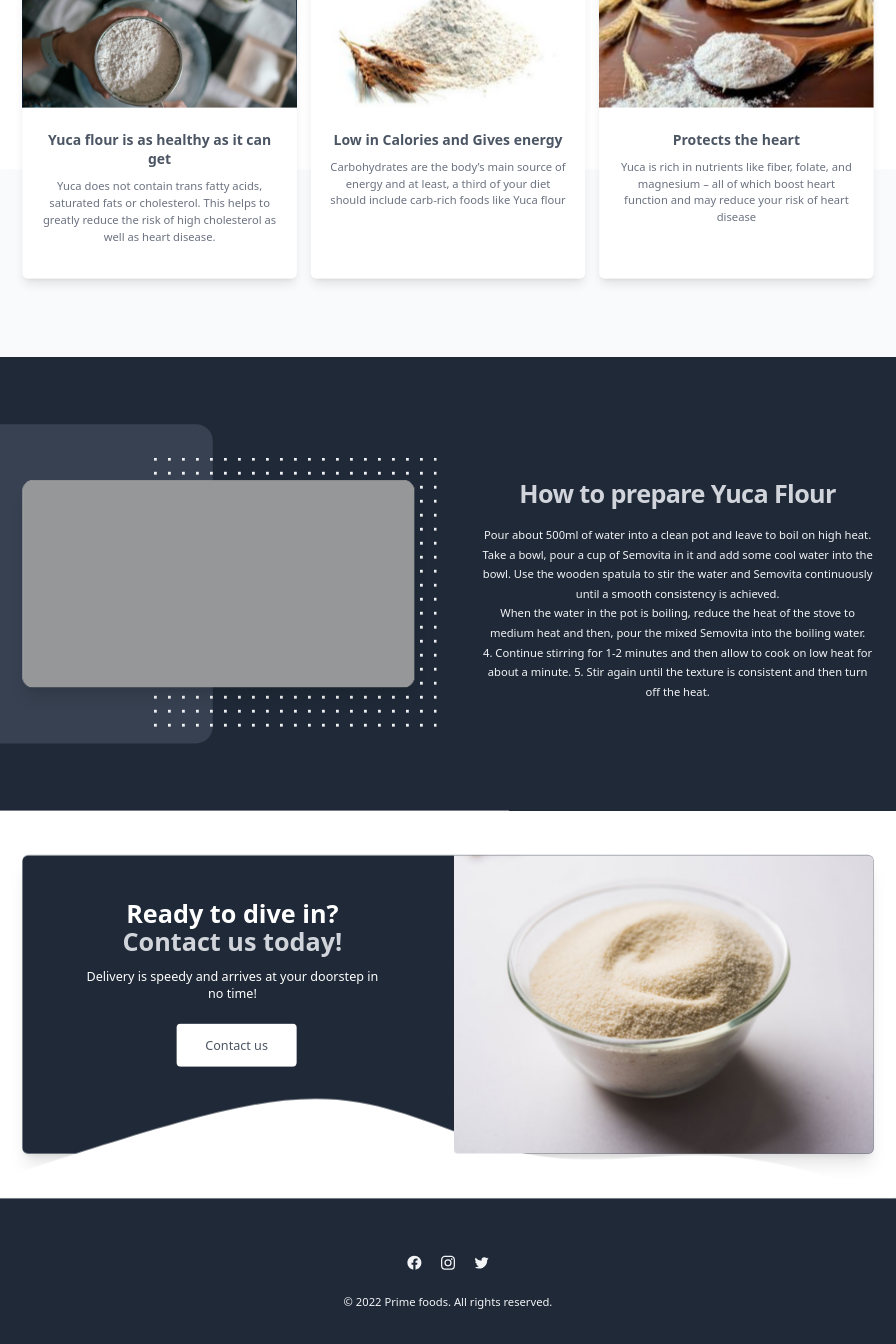
Repository: bellatrick/prime-foods
Page: /
The author's editor kept a copy of each file at every save. The page is drawn from the files as they stood at one save, then again after a run of saves.
The browser window is 1280 px wide. The pictures show the part of the page from y = 1040 to 2960 px (the page is 2960 px tall), at 70% of full size.
Pictures or frames that could not be fetched are drawn as grey boxes. Some web fonts or font styles are not loaded; a fallback is used. The project was rebuilt for these pictures with package versions that can differ from the ones it lists, and the page was loaded fresh each time.

Above is the page before, as saved 2022-05-01 12:46:45.

### public/index.html
<!DOCTYPE html>
<html lang="en">
  <head>
    <meta charset="utf-8" />
    <link rel="icon" href="%PUBLIC_URL%/favicon.ico" />
    <meta name="viewport" content="width=device-width, initial-scale=1" />
    <meta name="theme-color" content="#000000" />
    <meta
      name="description"
      content="Web site created using create-react-app"
    />
    <link rel="apple-touch-icon" href="%PUBLIC_URL%/logo192.png" />
    <link rel="preconnect" href="https://fonts.googleapis.com" />
    <link rel="preconnect" href="https://fonts.gstatic.com" crossorigin />
    <link
      href="https://fonts.googleapis.com/css2?family=Dancing+Script:wght@400;500;600;700&family=Inter:wght@100;200;300;400;500;700;900&family=Kavoon&display=swap"
      rel="stylesheet"
    />
    <!--
      manifest.json provides metadata used when your web app is installed on a
      user's mobile device or desktop. See https://developers.google.com/web/fundamentals/web-app-manifest/
    -->
    <link rel="manifest" href="%PUBLIC_URL%/manifest.json" />
    <!--
      Notice the use of %PUBLIC_URL% in the tags above.
      It will be replaced with the URL of the `public` folder during the build.
      Only files inside the `public` folder can be referenced from the HTML.

      Unlike "/favicon.ico" or "favicon.ico", "%PUBLIC_URL%/favicon.ico" will
      work correctly both with client-side routing and a non-root public URL.
      Learn how to configure a non-root public URL by running `npm run build`.
    -->
    <title>React App</title>
  </head>
  <body>
    <noscript>You need to enable JavaScript to run this app.</noscript>
    <div id="root"></div>
    <!--
      This HTML file is a template.
      If you open it directly in the browser, you will see an empty page.

      You can add webfonts, meta tags, or analytics to this file.
      The build step will place the bundled scripts into the <body> tag.

      To begin the development, run `npm start` or `yarn start`.
      To create a production bundle, use `npm run build` or `yarn build`.
    -->
  </body>
</html>

### src/App.js
import Hero from './components/Hero'
import Features from './components/Features'
import Cta from './components/Cta'
import Footer from './components/Footer'
import Content from './components/Content'
import './App.css';

function App() {
  return (
    <div className="App">
     <Hero/>
     <Features/>
     <Content/>
     <Cta/>
     <Footer/>

    </div>
  );
}

export default App;

### src/components/Hero.jsx
import { Popover } from "@headlessui/react";
import img1 from "../assets/img7.jpg";
import logo from "../assets/prime.jpg";
import Fade from "react-reveal/Fade";

export default function Example() {
  return (
    <div className="relative bg-gray-800">
      <Popover className="relative bg-white shadow">
        <div className="max-w-7xl mx-auto px-4 sm:px-6">
          <div className="flex justify-between items-center py-6  md:space-x-10">
            <div className="flex justify-start lg:w-0 lg:flex-1">
              <img
                src={logo}
                alt=""
                className="h-12 w-auto sm:h-12 object-fill"
              />
            </div>
            <div className="flex gap-8 text-white font-bold cursor-pointer  ">
              <a
                className="hover:bg-gray-400 hover:text-white w-32 py-2 text-white bg-gray-800 rounded-md"
                href="#About"
              >
                About{" "}
              </a>
              <a
                className="hover:bg-gray-400 hover:text-white w-32 py-2 text-white bg-gray-800 rounded-md"
                href="#contact-us"
              >
                Contact us
              </a>
            </div>
          </div>
        </div>
      </Popover>

      <main className="lg:relative">
        <div className="mx-auto max-w-7xl w-full pt-16 pb-20 text-center lg:py-48 lg:text-left">
          <div className="px-4 lg:w-1/2 sm:px-8 xl:pr-16">
            <Fade left opposite>
              <h1 className="text-4xl tracking-tight font-extrabold text-white sm:text-5xl md:text-6xl lg:text-5xl xl:text-6xl">
                <span className="block xl:inline">Yuca Flour</span>{" "}
              </h1>
            </Fade>
            <Fade right opposite>
              <p className="mt-3 max-w-md mx-auto text-lg text-gray-100 sm:text-xl md:mt-5 md:max-w-3xl">
                Yuca flour is a product of cassava. It is nutrient dense and
                provides all the nourishment your body needs to be fortified.
              </p>
            </Fade>

            <div className="mt-10 flex justify-center lg:justify-start">
              <div className="mt-3 sm:mt-0 sm:ml-3">
                <a
                  href="#About"
                  className="w-72 z-10 flex items-center justify-center px-8 py-2 border border-transparent text-base font-medium rounded-md hover:bg-gray-900 text-white bg-gray-400  cursor-pointer md:py-4 md:text-lg md:px-10"
                >
                  Learn more
                </a>
              </div>
            </div>
          </div>
        </div>

        <Fade bottom opposite>
          <div className="relative w-full h-64 sm:h-72 md:h-96 lg:absolute lg:inset-y-0 lg:right-0 lg:w-1/2 lg:h-full">
            <img
              className="absolute inset-0 w-full h-full object-cover"
              src={img1}
              alt=""
            />
          </div>
        </Fade>
      </main>

      <div className="absolute bottom-0 left-0 right-0 w-full">
        <svg
          xmlns="http://www.w3.org/2000/svg"
          viewBox="0 0 1440 320"
          className="h-48  z-0"
        >
          <path
            fill="#fff"
            fill-opacity="1"
            d="M0,288L48,272C96,256,192,224,288,197.3C384,171,480,149,576,165.3C672,181,768,235,864,250.7C960,267,1056,245,1152,250.7C1248,256,1344,288,1392,304L1440,320L1440,320L1392,320C1344,320,1248,320,1152,320C1056,320,960,320,864,320C768,320,672,320,576,320C480,320,384,320,288,320C192,320,96,320,48,320L0,320Z"
          ></path>
        </svg>
      </div>
    </div>
  );
}

### src/components/Features.jsx
import img1 from "../assets/img2.jpg";
import img2 from "../assets/img3.png";
import img3 from "../assets/img4.jfif";
import Fade from "react-reveal/Fade";
const posts = [
  {
    title: "Yuca flour is as healthy as it can get",
    description:
      "Yuca does not contain trans fatty acids, saturated fats or cholesterol. This helps to greatly reduce the risk of high cholesterol as well as heart disease.",
    imageUrl: img2,
  },
  {
    title: " Low in Calories and Gives energy",
    description:
      "Carbohydrates are the body’s main source of energy and at least, a third of your diet should include carb-rich foods like Yuca flour",
    imageUrl: img1,

  },
  {
    title: "Protects the heart",
    description:
      "Yuca is rich in nutrients like fiber, folate, and magnesium – all of which boost heart function and may reduce your risk of heart disease",
    imageUrl: img3,
  },
];

export default function Example() {
  return (
    <div className="relative bg-gray-50 pt-16 pb-20 px-4 sm:px-6 lg:pt-24 lg:pb-28 lg:px-8" id='About'>
      <div className="absolute inset-0">
        <div className="bg-white h-1/3 sm:h-2/3" />
      </div>
      <div className="relative max-w-7xl mx-auto">
        <div className="text-center">
          <h2 className="text-3xl tracking-tight font-extrabold text-gray-600 sm:text-4xl">
            About Yuca Flour
          </h2>
          <p className="mt-3 max-w-2xl mx-auto text-xl text-gray-500 sm:mt-4">
            Lorem ipsum dolor sit amet consectetur, adipisicing elit. Ipsa
            libero labore natus atque, ducimus sed.
          </p>
        </div>
        <>
          <div className="mt-12 max-w-lg mx-auto grid gap-5 lg:grid-cols-3 lg:max-w-none">
            {posts.map((post) => (
              <Fade cascade opposite left>
                <div
                  key={post.title}
                  className="flex flex-col rounded-lg shadow-lg overflow-hidden"
                >
                  <div className="flex-shrink-0">
                    <img
                      className="h-48 w-full object-cover"
                      src={post.imageUrl}
                      alt="feature img"
                    />
                  </div>
                  <div className="flex-1 bg-white p-6 flex flex-col justify-between">
                    <div className="flex-1">
                      <a href={post.href} className="block mt-2">
                        <p className="text-xl font-semibold text-gray-600">
                          {post.title}
                        </p>
                        <p className="mt-3 text-base text-gray-500">
                          {post.description}
                        </p>
                      </a>
                    </div>
                    <div className="mt-6 flex items-center"></div>
                  </div>
                </div>
              </Fade>
            ))}
          </div>
        </>
      </div>
    </div>
  );
}

### src/components/Cta.jsx
import img1 from "../assets/img9.jpg";
import Slide from "react-reveal/Slide";
import Fade from "react-reveal/Fade";
export default function Example() {
  return (
    <div className="bg-white relative" id="contact-us">
         <div className="absolute bottom-0 left-0 right-0">
        <svg xmlns="http://www.w3.org/2000/svg" viewBox="0 0 1440 320">
          <path
            fill="#fff"
            fill-opacity="1"
            d="M0,288L48,272C96,256,192,224,288,197.3C384,171,480,149,576,165.3C672,181,768,235,864,250.7C960,267,1056,245,1152,250.7C1248,256,1344,288,1392,304L1440,320L1440,320L1392,320C1344,320,1248,320,1152,320C1056,320,960,320,864,320C768,320,672,320,576,320C480,320,384,320,288,320C192,320,96,320,48,320L0,320Z"
          ></path>
        </svg>
      </div>
      <div className="max-w-7xl mx-auto py-16 px-4 sm:px-6 lg:px-8">
        <div className="bg-gray-800 rounded-lg shadow-xl overflow-hidden lg:grid lg:grid-cols-2 lg:gap-4">
          <div className="pt-6 pb-12 px-6 sm:pt-10 sm:px-16 lg:py-16 lg:pr-0 xl:py-16 xl:px-20">
            <div className="lg:self-center">
              <h2 className="text-2xl font-extrabold text-white sm:text-4xl">
                <Fade left>
                  <span className="block">Ready to dive in?</span>
                </Fade>
                <Fade right>
                  {" "}
                  <span className="block text-gray-300">Contact us today!</span>
                </Fade>
              </h2>
              <Slide left>
                {" "}
                <p className="mt-4 text-lg leading-6 text-white">
                  Delivery is speedy and arrives at your doorstep in no time!
                </p>
              </Slide>
              <Slide left>
                <div className="mt-4 flex justify-center sm:mt-8 sm:ml-3 cursor-pointer">
                  <a
                    href={`https://wa.me/${'+2348108932677'}/?text=${'Hello, i just got off your website and i would like to...'}`}
                    rel="noreferrer"
                    className=" flex items-center justify-center px-8 py-3 border border-transparent text-base font-medium rounded-md bg-white text-gray-600 hover:bg-gray-400 hover:text-white cursor-pointer md:py-4 md:text-lg md:px-10"
                  >
                    Contact us
                  </a>
                </div>
              </Slide>
            </div>
          </div>{" "}
          <div className="-mt-6 aspect-w-5 aspect-h-3 md:aspect-w-2 md:aspect-h-1">
            <Slide right>
              <img
                className="transform translate-x-6 translate-y-6 rounded-md object-cover object-left-top sm:translate-x-16 lg:translate-y-20"
                src={img1}
                alt="App screenshot"
              />
            </Slide>
          </div>
        </div>
      </div>

    </div>
  );
}

### src/components/Footer.jsx
/* This example requires Tailwind CSS v2.0+ */
const navigation = {
    social: [
      {
        name: 'Facebook',
        href: '#',
        icon: (props) => (
          <svg fill="currentColor" viewBox="0 0 24 24" {...props}>
            <path
              fillRule="evenodd"
              d="M22 12c0-5.523-4.477-10-10-10S2 6.477 2 12c0 4.991 3.657 9.128 8.438 9.878v-6.987h-2.54V12h2.54V9.797c0-2.506 1.492-3.89 3.777-3.89 1.094 0 2.238.195 2.238.195v2.46h-1.26c-1.243 0-1.63.771-1.63 1.562V12h2.773l-.443 2.89h-2.33v6.988C18.343 21.128 22 16.991 22 12z"
              clipRule="evenodd"
            />
          </svg>
        ),
      },
      {
        name: 'Instagram',
        href: '#',
        icon: (props) => (
          <svg fill="currentColor" viewBox="0 0 24 24" {...props}>
            <path
              fillRule="evenodd"
              d="M12.315 2c2.43 0 2.784.013 3.808.06 1.064.049 1.791.218 2.427.465a4.902 4.902 0 011.772 1.153 4.902 4.902 0 011.153 1.772c.247.636.416 1.363.465 2.427.048 1.067.06 1.407.06 4.123v.08c0 2.643-.012 2.987-.06 4.043-.049 1.064-.218 1.791-.465 2.427a4.902 4.902 0 01-1.153 1.772 4.902 4.902 0 01-1.772 1.153c-.636.247-1.363.416-2.427.465-1.067.048-1.407.06-4.123.06h-.08c-2.643 0-2.987-.012-4.043-.06-1.064-.049-1.791-.218-2.427-.465a4.902 4.902 0 01-1.772-1.153 4.902 4.902 0 01-1.153-1.772c-.247-.636-.416-1.363-.465-2.427-.047-1.024-.06-1.379-.06-3.808v-.63c0-2.43.013-2.784.06-3.808.049-1.064.218-1.791.465-2.427a4.902 4.902 0 011.153-1.772A4.902 4.902 0 015.45 2.525c.636-.247 1.363-.416 2.427-.465C8.901 2.013 9.256 2 11.685 2h.63zm-.081 1.802h-.468c-2.456 0-2.784.011-3.807.058-.975.045-1.504.207-1.857.344-.467.182-.8.398-1.15.748-.35.35-.566.683-.748 1.15-.137.353-.3.882-.344 1.857-.047 1.023-.058 1.351-.058 3.807v.468c0 2.456.011 2.784.058 3.807.045.975.207 1.504.344 1.857.182.466.399.8.748 1.15.35.35.683.566 1.15.748.353.137.882.3 1.857.344 1.054.048 1.37.058 4.041.058h.08c2.597 0 2.917-.01 3.96-.058.976-.045 1.505-.207 1.858-.344.466-.182.8-.398 1.15-.748.35-.35.566-.683.748-1.15.137-.353.3-.882.344-1.857.048-1.055.058-1.37.058-4.041v-.08c0-2.597-.01-2.917-.058-3.96-.045-.976-.207-1.505-.344-1.858a3.097 3.097 0 00-.748-1.15 3.098 3.098 0 00-1.15-.748c-.353-.137-.882-.3-1.857-.344-1.023-.047-1.351-.058-3.807-.058zM12 6.865a5.135 5.135 0 110 10.27 5.135 5.135 0 010-10.27zm0 1.802a3.333 3.333 0 100 6.666 3.333 3.333 0 000-6.666zm5.338-3.205a1.2 1.2 0 110 2.4 1.2 1.2 0 010-2.4z"
              clipRule="evenodd"
            />
          </svg>
        ),
      },
      {
        name: 'Twitter',
        href: '#',
        icon: (props) => (
          <svg fill="currentColor" viewBox="0 0 24 24" {...props}>
            <path d="M8.29 20.251c7.547 0 11.675-6.253 11.675-11.675 0-.178 0-.355-.012-.53A8.348 8.348 0 0022 5.92a8.19 8.19 0 01-2.357.646 4.118 4.118 0 001.804-2.27 8.224 8.224 0 01-2.605.996 4.107 4.107 0 00-6.993 3.743 11.65 11.65 0 01-8.457-4.287 4.106 4.106 0 001.27 5.477A4.072 4.072 0 012.8 9.713v.052a4.105 4.105 0 003.292 4.022 4.095 4.095 0 01-1.853.07 4.108 4.108 0 003.834 2.85A8.233 8.233 0 012 18.407a11.616 11.616 0 006.29 1.84" />
          </svg>
        ),
      },
    ],
  }

  export default function Example() {
    return (
      <footer className="bg-gray-800">
        <div className="max-w-7xl mx-auto py-12 px-4 overflow-hidden sm:px-6 lg:px-8">
          <div className="mt-8 flex justify-center space-x-6">
            {navigation.social.map((item) => (
              <a key={item.name} href={item.href} className="text-gray-100 hover:text-gray-200">
                <span className="sr-only">{item.name}</span>
                <item.icon className="h-6 w-6" aria-hidden="true" />
              </a>
            ))}
          </div>
          <p className="mt-8 text-center text-base text-gray-100">&copy; 2022 Prime foods. All rights reserved.</p>
        </div>
      </footer>
    )
  }

### src/components/Content.jsx
import img1 from "../assets/img1.jpg";
import Fade from "react-reveal/Fade";
export default function Example() {
  return (
    <div className="relative bg-gray-800 py-16 sm:py-24">
      <div className="lg:mx-auto lg:max-w-7xl lg:px-8 lg:grid lg:grid-cols-2 lg:gap-24 lg:items-start">
        <div className="relative sm:py-16 lg:py-0">
          <div
            aria-hidden="true"
            className="hidden sm:block lg:absolute lg:inset-y-0 lg:right-0 lg:w-screen"
          >
            <div className="absolute inset-y-0 right-1/2 w-full bg-gray-700 rounded-r-3xl lg:right-72" />
            <svg
              className="absolute top-8 left-1/2 -ml-3 lg:-right-8 lg:left-auto lg:top-12"
              width={404}
              height={392}
              fill="none"
              viewBox="0 0 404 392"
            >
              <Fade left>
                <defs>
                  <pattern
                    id="02f20b47-fd69-4224-a62a-4c9de5c763f7"
                    x={0}
                    y={0}
                    width={20}
                    height={20}
                    patternUnits="userSpaceOnUse"
                  >
                    <rect
                      x={0}
                      y={0}
                      width={4}
                      height={4}
                      className="text-gray-100"
                      fill="currentColor"
                    />
                  </pattern>
                </defs>
              </Fade>
              <rect
                width={404}
                height={392}
                fill="url(#02f20b47-fd69-4224-a62a-4c9de5c763f7)"
              />
            </svg>
          </div>
          <div className="relative mx-auto max-w-md px-4 sm:max-w-3xl sm:px-6 lg:px-0 lg:max-w-none lg:py-20">
            {/* Testimonial card*/}
            <Fade right>
              <div className="relative pt-64 pb-10 rounded-2xl shadow-xl overflow-hidden">
                <img
                  className="absolute inset-0 h-full w-full object-cover"
                  src={img1}
                  alt=""
                />
                <div className="absolute inset-0 bg-gray-100 mix-blend-multiply" />
              </div>
            </Fade>
          </div>
        </div>
        <div className="relative mx-auto max-w-md px-4 sm:max-w-3xl sm:px-6 lg:px-0">
          {/* Content area */}
          <div className="pt-12 sm:pt-16 lg:pt-20">
            <Fade left>
              <h2 className="text-3xl text-gray-300 font-extrabold tracking-tight sm:text-4xl">
                How to prepare Yuca Flour
              </h2>
            </Fade>
            <Fade right>
              <div className="mt-6 text-gray-100 space-y-6">
                <p className="text-base leading-7">
                  <ol>
                    <li>
                      {" "}
                      Pour about 500ml of water into a clean pot and leave to
                      boil on high heat.{" "}
                    </li>
                    <li>
                      {" "}
                      Take a bowl, pour a cup of Semovita in it and add some
                      cool water into the bowl. Use the wooden spatula to stir
                      the water and Semovita continuously until a smooth
                      consistency is achieved.
                    </li>
                    <li>
                      When the water in the pot is boiling, reduce the heat of
                      the stove to medium heat and then, pour the mixed Semovita
                      into the boiling water.{" "}
                    </li>
                  </ol>
                  4. Continue stirring for 1-2 minutes and then allow to cook on
                  low heat for about a minute. 5. Stir again until the texture
                  is consistent and then turn off the heat.
                </p>
              </div>
            </Fade>
          </div>
        </div>
      </div>
    </div>
  );
}

### tailwind.config.js
module.exports = {
  content: ["./src/**/*.{js,jsx,ts,tsx}"],
  theme: {
    extend: {
      colors: {
        primary: "#do380c",
      },
      fontFamily: {
        body: ["Inter", "sans-serif"],
        logo: ["Dancing Script", "cursive"],
      },
    },
  },
  plugins: [],
};

Loaded but not shown: src/index.js (common file); src/index.css (common file); src/reportWebVitals.js (common file); src/App.css (common file)

After the next 4 saves:
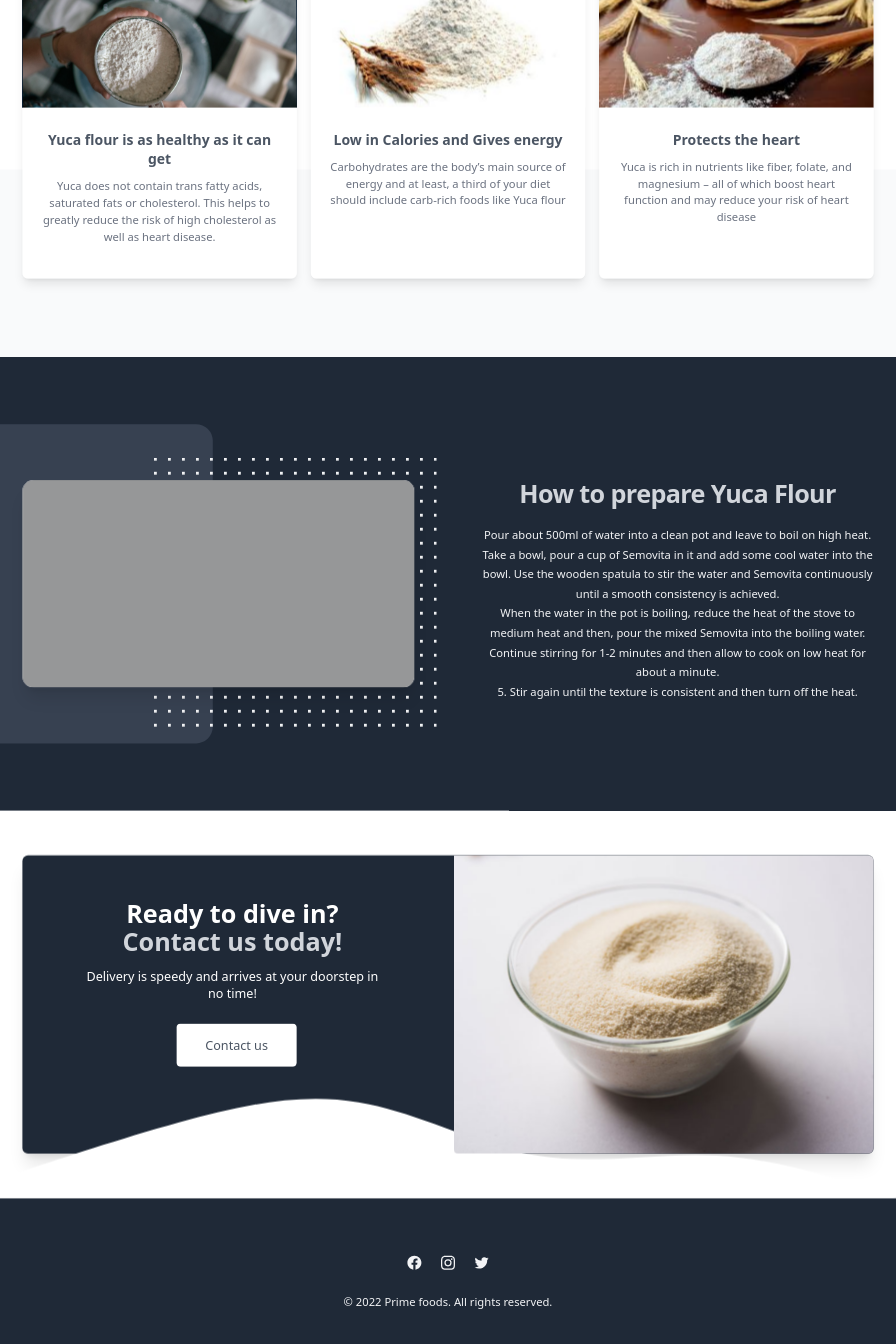
The 4 saves are shown as one change because they came seconds apart.
The last was saved 12 s later.
--- a/src/components/Content.jsx
+++ b/src/components/Content.jsx
@@ -88,10 +88,14 @@ export default function Example() {
                       the stove to medium heat and then, pour the mixed Semovita
                       into the boiling water.{" "}
                     </li>
+                    <li>
+                      {" "}
+                      Continue stirring for 1-2 minutes and then allow to cook
+                      on low heat for about a minute.
+                    </li>
                   </ol>
-                  4. Continue stirring for 1-2 minutes and then allow to cook on
-                  low heat for about a minute. 5. Stir again until the texture
-                  is consistent and then turn off the heat.
+                  5. Stir again until the texture is consistent and then turn
+                  off the heat.
                 </p>
               </div>
             </Fade>
